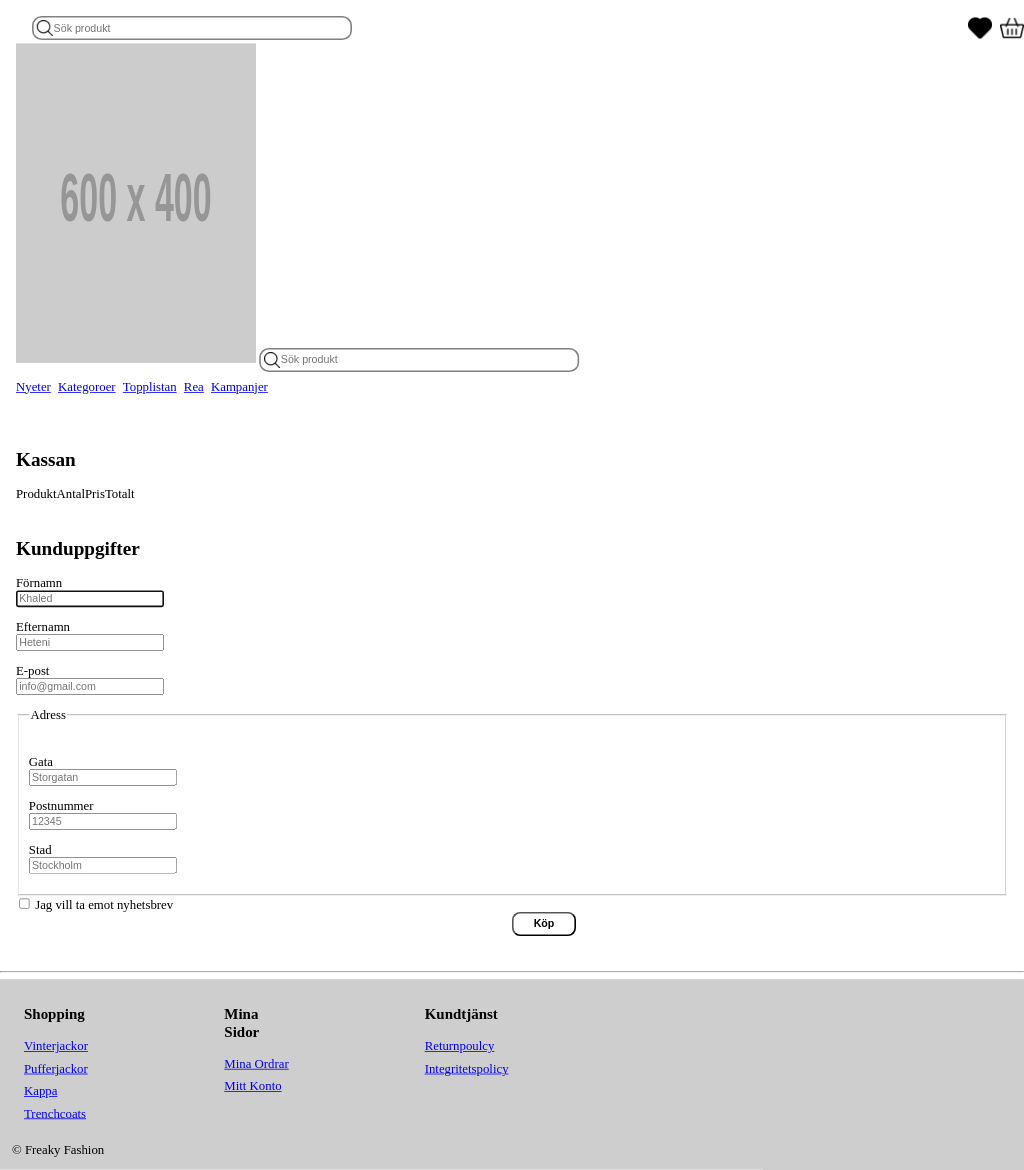
Repository: Kalle1995/project
Page: kassan.html
An editor plug-in stored every save of this project. The page is shown before and after the next save, followed by the edit.
The browser window is 1280 px wide. The pictures show the whole page, at 80% of full size.

Above is the page before, as saved 2024-10-06 21:32:06.

### kassan.html
<!DOCTYPE html>
<html lang="sv">

<head>
    <meta charset="UTF-8">
    <meta name="viewport" content="width='device-width', initial-scale=1.0">
    <title>Kassan</title>
    <link rel="stylesheet" href="main.css">
</head>

<body>

    <header>
        <div class="searchAndIcons">
            <input type="search" placeholder="Sök produkt" class="search">
            <di class="headIcons">
              <a href="#"><img src="bilder/full heart.png" alt="favourite"></a>
              <a href="#"><img src="bilder/cart.png" alt="cart"></a>
            </di
            v>
          </div>
        <section>

            <img src="https://placehold.co/600x400 " width="600" height="400" alt="icon" class="icon" />


            <input type="search" placeholder="Sök produkt" class="search">


            <!--
          om, jag har div för input typ så den ta hela raden
              -->



            <!--  <img src="bilder/favourite (1).png" alt="like">
          <img src="bilder/shopping-cart.png" alt="cart">
        -->

            <div>
                <nav class="NavList">
                    <ul>
                        <li><a href="#">Nyeter</a></li>
                        <li class="ejnav"><a href="#">Kategoroer</a></li>
                        <li><a href="#">Topplistan</a></li>
                        <li><a href="#">Rea</a></li>
                        <li><a href="#">Kampanjer</a></li>
                    </ul>
                </nav>
            </div>


            <!--
    samma header i start sidan

    -->
            <!--

här behöver jag table

-->

    </header>







    <main>
        <section>
            <p>
            <div class="Kassa">
                <h2>Kassan</h2>
            </div>
            </p>
            <table>
                <td>
                    <tr>Produkt</tr>
                </td>
                <td>
                    <tr>Antal</tr>
                </td>
                <td>
                    <tr>Pris</tr>
                </td>
                <td>
                    <tr>Totalt</tr>
                </td>
            </table>
        </section>


        <p>
        <h2>
            Kunduppgifter
        </h2>

        <article id="uppgifter">
            <form action="#">


                <p>
                    <label for="firstName">Förnamn</label> <br>
                    <input type="text" name="firstName" id="firstName" placeholder="Khaled" autocomplete="on" autofocus>
                </p>
                <p>
                    <label for="lastNamed">Efternamn</label> <br>
                    <input type="text" name="lastName" id="lastName" placeholder="Heteni" autocomplete="on">
                </p>
                <p>
                    <label for="Email">E-post</label> <br>
                    <input type="email" name="Email" id="Email" placeholder="info@gmail.com">
                </p>

                <fieldset>
                    <br>
                    <legend>Adress</legend>
                    <p>
                        <label for="street">Gata</label> <br>
                        <input type="text" name="street" id="street" placeholder="Storgatan">
                    </p>
                    <p>
                        <label for="ZipCode">Postnummer</label> <br>
                        <input type="number" name="ZipCode" id="ZipCode" placeholder="12345">
                    </p>
                    <p>
                        <label for="City">Stad</label> <br>
                        <input type="text" name="City" id="City" placeholder="Stockholm">
                    </p>
                </fieldset>
        </article>
        <section>
            <input type="checkbox">
            <label for="News">Jag vill ta emot nyhetsbrev</label>
            <div class="buy">
                <button name="buy" type="submit" value="">Köp</button>
            </div>
        </section>

        </p>
        </form>
    </main>


    <!--
<p>
<img src="bilder/planet-earth.png" alt="frakt" width="25" height="25" >
Gratis frakt och returer
</p>
    <p>
    <img src="bilder/plane.png" alt="frakt" width="25" height="25" >
Expressfrakt
    </p>
    <p>
    <img src="bilder/shield.png" alt="betalning" width="25" height="25" >
    Säkra betalningar
    </p>
    <p>
    <img src="bilder/smile.png" alt="Nyheter" width="25" height="25" >
    Nyheter varje dag
    </p>
      -->
    <hr class="no-speace">


    <footer class="normal-footer">
        <div class="list-container">
            <div class="list">
                <h3>Shopping</h3>
                <li>
                    <ul><a href="#">Vinterjackor</a></ul>
                    <ul><a href="#">Pufferjackor</a></ul>
                    <ul><a href="#">Kappa</a></ul>
                    <ul><a href="#">Trenchcoats</a></ul>
                </li>
            </div>

            <div class="list">
                <h3>Mina Sidor</h3>
                <li>
                    <ul><a href="#">Mina Ordrar</a></ul>
                    <ul><a href="#">Mitt Konto</a></ul>
                </li>
            </div>

            <div class="list">
                <h3>Kundtjänst</h3>
                <li>
                    <ul><a href="#">Returnpoulcy</a></ul>
                    <ul><a href="#">Integritetspolicy</a></ul>
                </li>
            </div>
        </div>

        <div class="Company">&copy; Freaky Fashion</div>
    </footer>


</body>

</html>

### main.css
body {
    margin: 0;
    padding: 0;
    font-size: 2em;
    position: absolute;
    top: 0;
    right: 0;
    bottom: 0;
    left: 0;
}


.head-title {
    text-align: center;
}

.products {
    display: grid;
    gap: 15px;
}

ul {
    list-style-type: none;
    margin: 0;
    padding: 0;

}

.search {
    border: 2px solid gray;
    border-radius: 12px;
    padding: 5px;
    display: inline;
    background-image: url(bilder/search.png);
    background-repeat: no-repeat;
    background-position: 4px;
    padding-left: 25px;

}

.NavList {
    padding-bottom: 10px;
    padding-top: 10px;

}

.hide-on-mobile {
    display: none;
}

.nav-list-item {
    a {
        text-decoration: none;
    }
}

.product {
    position: relative;
}

.product-icon {
    right: 20px;
    bottom: 80px;
    position: absolute;
}

.product-pic {
    width: 100%;
    height: auto;
}

.head {
    display: flex;
    flex-direction: column;
}

.head-image {
    width: 100%;
}

.wholeHead {
    display: flex;
    flex-direction: row;
}

.searchAndIcons {
    width: 100%;
    display: flex;
    flex-direction: row;
    margin: auto 0 auto 20px;
}

.search {
    height: 30px;
    width: 100%;
    max-width: 400px;
    margin-right: 10px;
}

.headIcons {
    display: flex;
    gap: 10px;
    margin-right: 0;
    margin-left: auto;

    img {
        height: 30px;
    }
}

.icon {
    width: 300px;
}

.small-footer {
    display: none;
}

header {
    padding: 20px;
}

main {
    padding: 20px;
}


@media (max-width: 640px) {
    .mid {
        position: relative;
        display: block;
        font-size: medium;
    }

    li {
        margin-bottom: 3px;
    }

    .icon {
        width: 100%;
    }

    .wholeHead {
        flex-direction: column;
    }

    .search {
        height: 35px;
        width: 100%;
        max-width: 400px;
    }

    .headIcons {
        img {
            height: 35px;
        }
    }

    .searchAndIcons {
        margin-top: 10px;
        margin-left: 0;
    }

    .small-footer {
        display: block;
    }

    .normal-footer {
        display: none;
    }
}

@media (min-width: 640px) {
    .products {
        grid-template-columns: repeat(2, 1fr);
    }

    .mid {
        position: relative;
        display: block;
        font-size: large;
    }

    li {
        display: inline;
        margin-right: 5px;
    }
}

body {
    font-size: 1.5em;
}

@media (min-width: 1024px) {
    .products {
        grid-template-columns: repeat(4, 1fr);
    }

    body {
        font-size: 1em;
    }

    .listan {
        display: flex;
    }

    li {
        display: inline;
        margin-right: 5px;
    }

    .hide-on-mobile {
        display: inline-block;
    }

    .head {
        flex-direction: row-reverse;
    }
}





/*
    @media (max-width:1024px) {
        .ejnav {
            display: none;
        }

      }
*/



/*
      @media print {
        body {
            font-size: 4em;
        }
        img {
            display: none;
        }
      }
*/



/*
här för Nyproduckt sidan
*/


.slide-item {
    display: flex;
    flex-direction: row;
    gap: 20px
}

.slide-image {
    width: 32%;
    margin: auto;
}

header>h3 {
    position: absolute;
    left: 10px;
    bottom: auto;
}

.vänster {
    display: grid;
    grid-template-rows: 100%;
    background-color: gray;
}

.w-100 {
    width: 100%;
}

.liggTill {
    hero-text button: hover
}


/*
kassa sidan
*/

.kassa {
    text-align: center;

}






.buy>button {
    display: grid;
    align-items: center;
    width: 80px;
    height: 30px;
    background-color: rgb(255, 255, 255);
    margin-left: 50%;
    font-weight: bold;
    border-radius: 10px;

}



.custom.btn-success {
    color: red;
}

.no-space {
    margin: 0;
    padding: 0;
    border: none;
    border-top: 1px solid black;
    /* Valfri färg eller stil på linjen */
}

.normal-footer {
    padding: 15px;
    background-color: rgb(207, 206, 206)
}

.list-container {
    display: inline-flex;
    justify-content: space-between;
    /* Ser till att listorna sprids ut jämnt */
    gap: 150px;
    /* Mellanrum mellan listorna */
}

.list {
    flex: 1;
    /* Gör att listorna tar upp lika mycket plats */
    padding-left: 15px;
}

.list h3 {
    margin-bottom: 20px;
}

.list li {
    list-style-type: none;
    /* ingen punkter i listan */
    padding: 0;
}

.list li ul {
    margin-bottom: 10px;
}




/*
Administration
*/

.AD {
    background-color: black;
    color: white;

}

.AD-main {
    padding: 0;
    display: flex;
    flex-direction: row;
    height: 100%;
}

.PR {
    background-color: rgb(209, 209, 208);
    height: 100%;
    width: 150px;

    p {
        margin: 0;
    }
}

.AD-section {
    margin-left: 20px;
}

.AR {
    position: relative;
    ;
    left: 200px;
    top: -40px;

}













/*

.Company{
    text-align: center;
    bottom: auto;
}

After the next save:
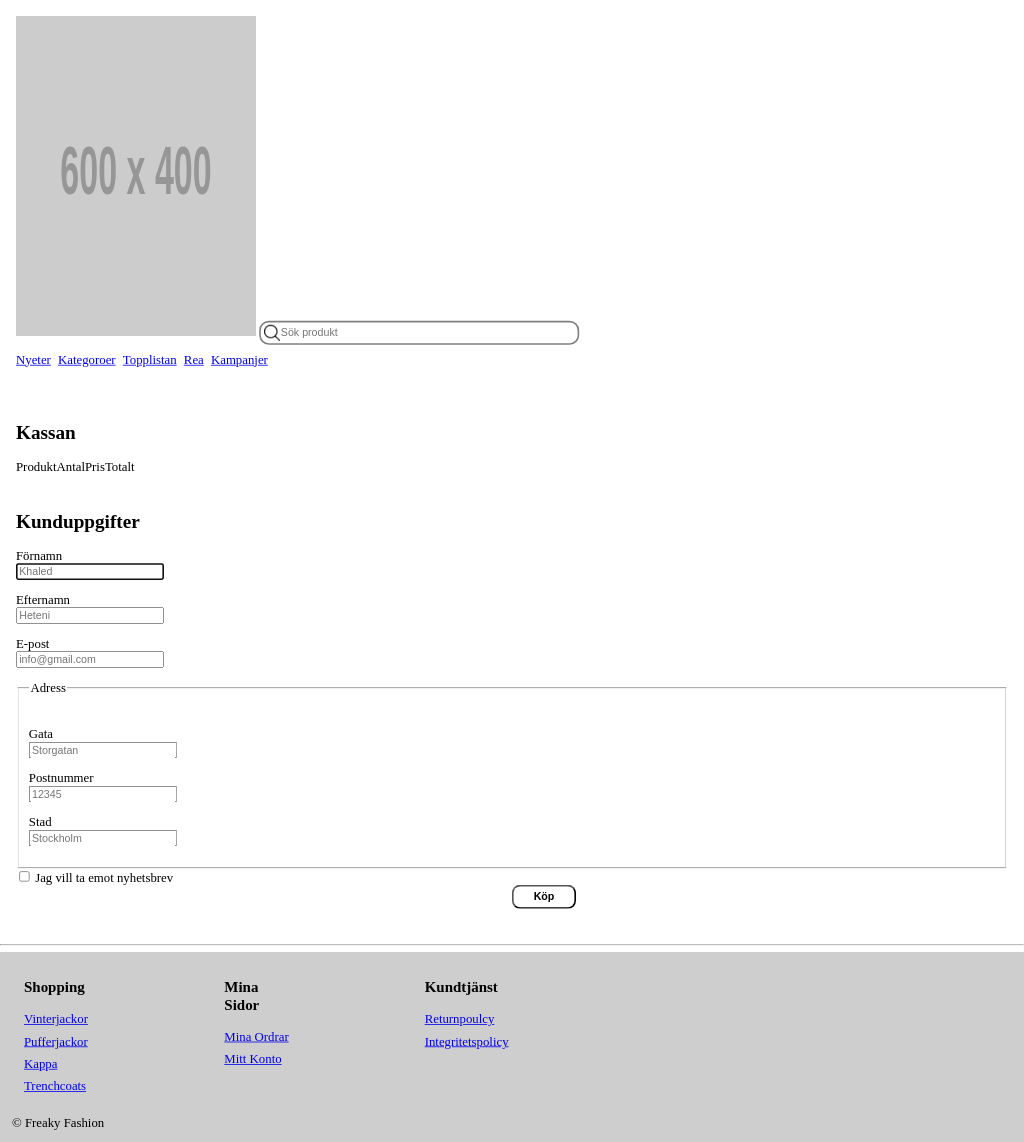
Saved 2 min 36 s later.
--- a/kassan.html
+++ b/kassan.html
@@ -11,14 +11,6 @@
 <body>
 
     <header>
-        <div class="searchAndIcons">
-            <input type="search" placeholder="Sök produkt" class="search">
-            <di class="headIcons">
-              <a href="#"><img src="bilder/full heart.png" alt="favourite"></a>
-              <a href="#"><img src="bilder/cart.png" alt="cart"></a>
-            </di
-            v>
-          </div>
         <section>
 
             <img src="https://placehold.co/600x400 " width="600" height="400" alt="icon" class="icon" />
